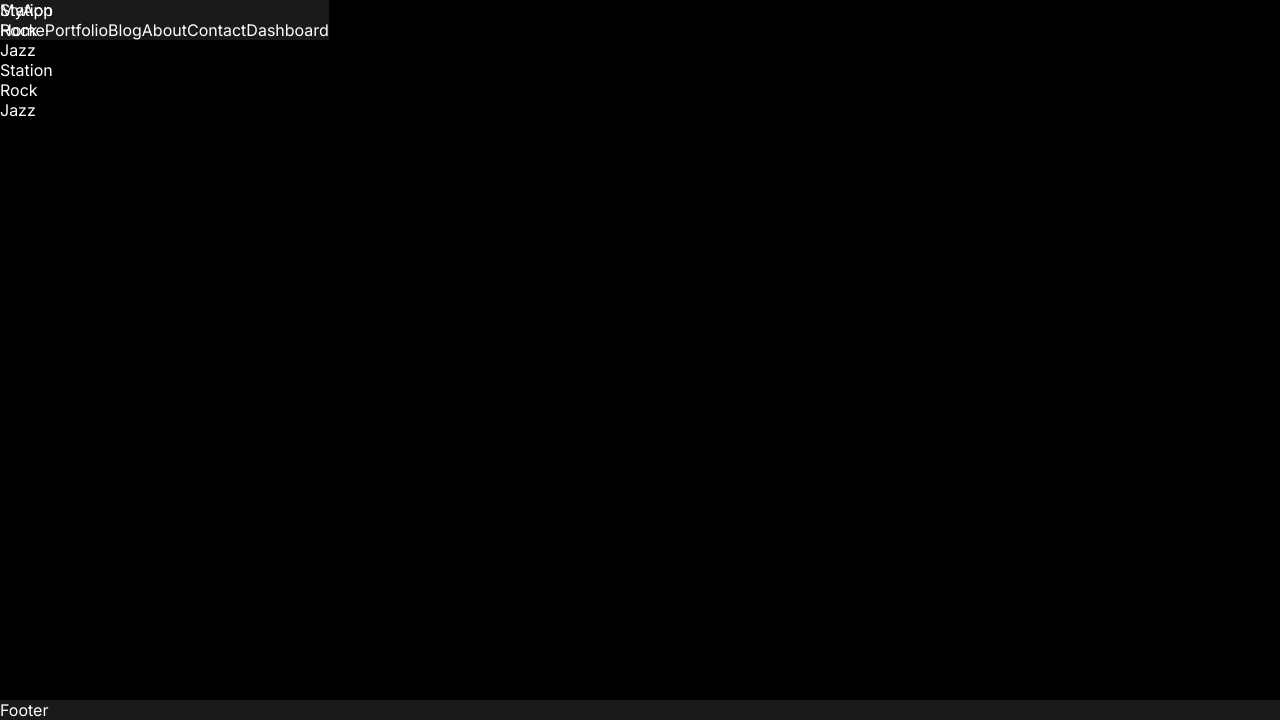
Repository: Iq-Life/musicflow-life
Page: /station
These files come from the project's save history. The page is drawn as it stood at one moment and after the next save; the edit follows.
The browser window is 1280 px wide. The pictures show the whole page.
The project was rebuilt for these pictures with package versions that can differ from the ones it lists, and the page was loaded fresh each time. The framework's server and built-in components were replaced by stand-ins that run in the browser. Also part of the build but not shown: next.config.js.

Above is the page before, as saved 2023-09-14 15:26:39.

After the next save:
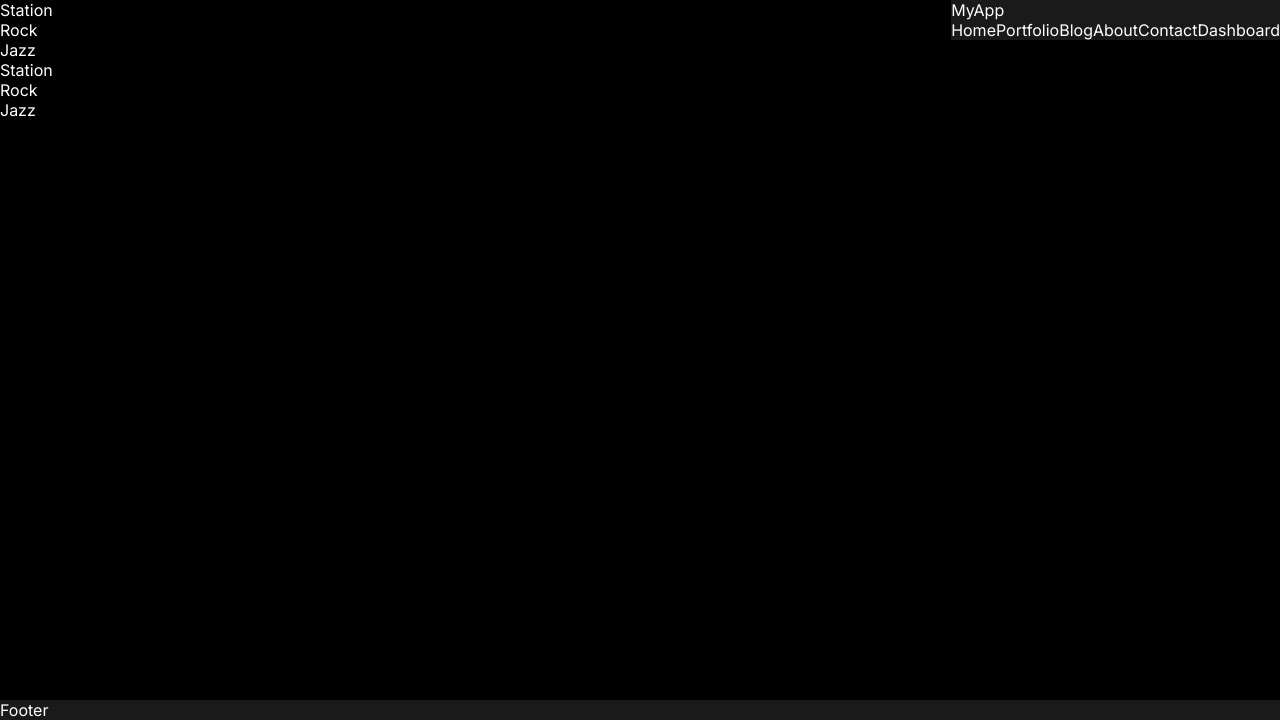
Saved 12 s later.
--- a/src/components/navbar/Navbar.module.scss
+++ b/src/components/navbar/Navbar.module.scss
@@ -1,6 +1,6 @@
 .navbar {
   position: absolute;
   top: 0;
-  left: 0;
+  right: 0;
   background-color: rgba(255,255,255, 0.1);
 }
